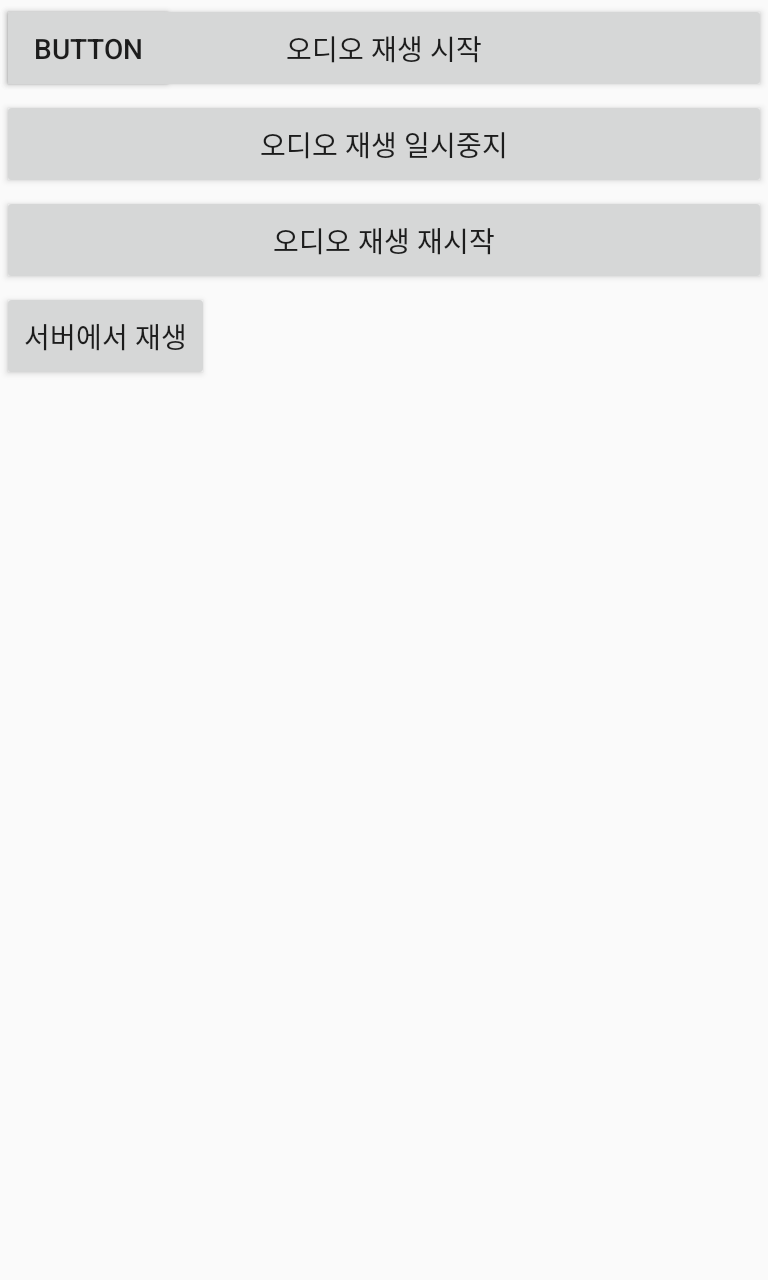
Repository: testGitHubTeam/study_Android
Layout: 70impleAudioDemo/res/layout/activity_main.xml
An editor plug-in stored every save of this project. The layout is shown before and after the next save, followed by the edit.
It is drawn on a 768 x 1280 px phone screen (xhdpi) without system bars, with theme AppTheme; the app's code is not run.

Above is the layout before, as saved 2014-05-01 02:32:51.

After the next save:
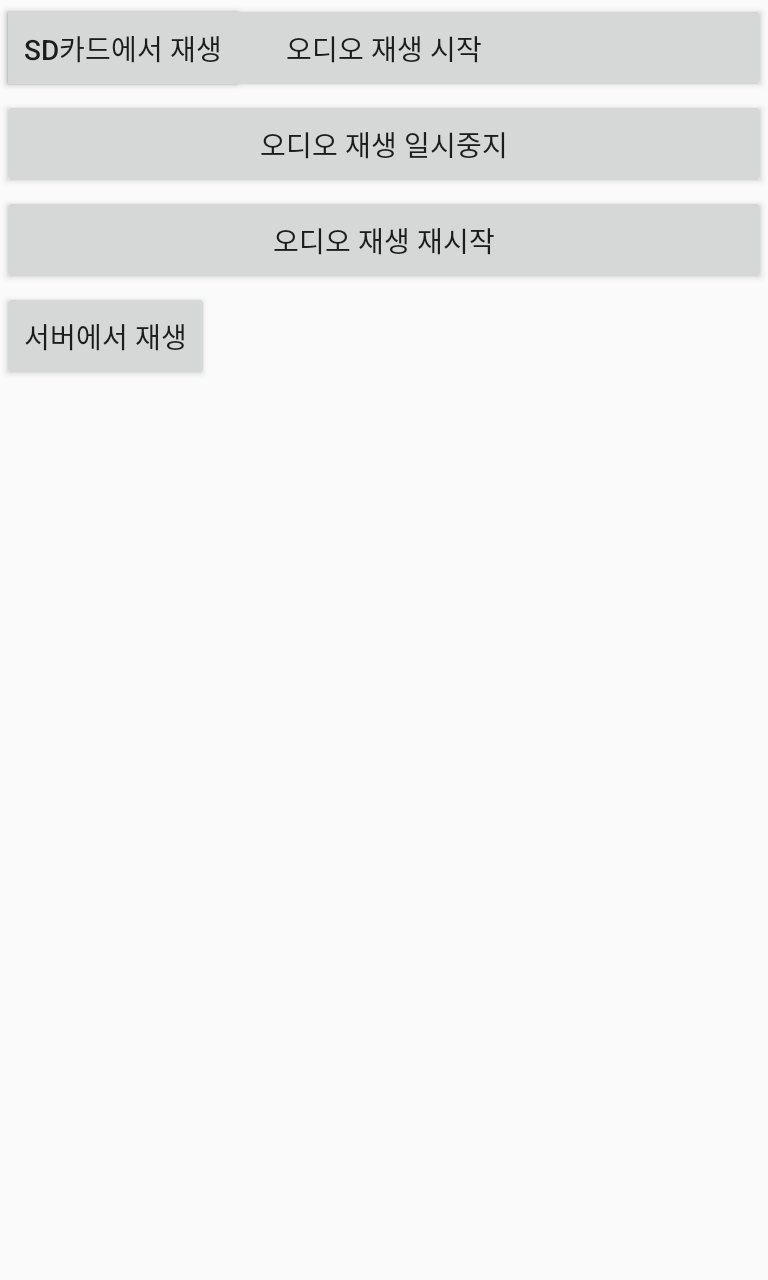
Saved 8 s later.
--- a/70impleAudioDemo/res/layout/activity_main.xml
+++ b/70impleAudioDemo/res/layout/activity_main.xml
@@ -44,6 +44,6 @@
         android:layout_height="wrap_content"
         android:layout_alignParentLeft="true"
         android:layout_below="@+id/button1"
-        android:text="Button" />
+        android:text="SD카드에서 재생" />
 
 </RelativeLayout>
